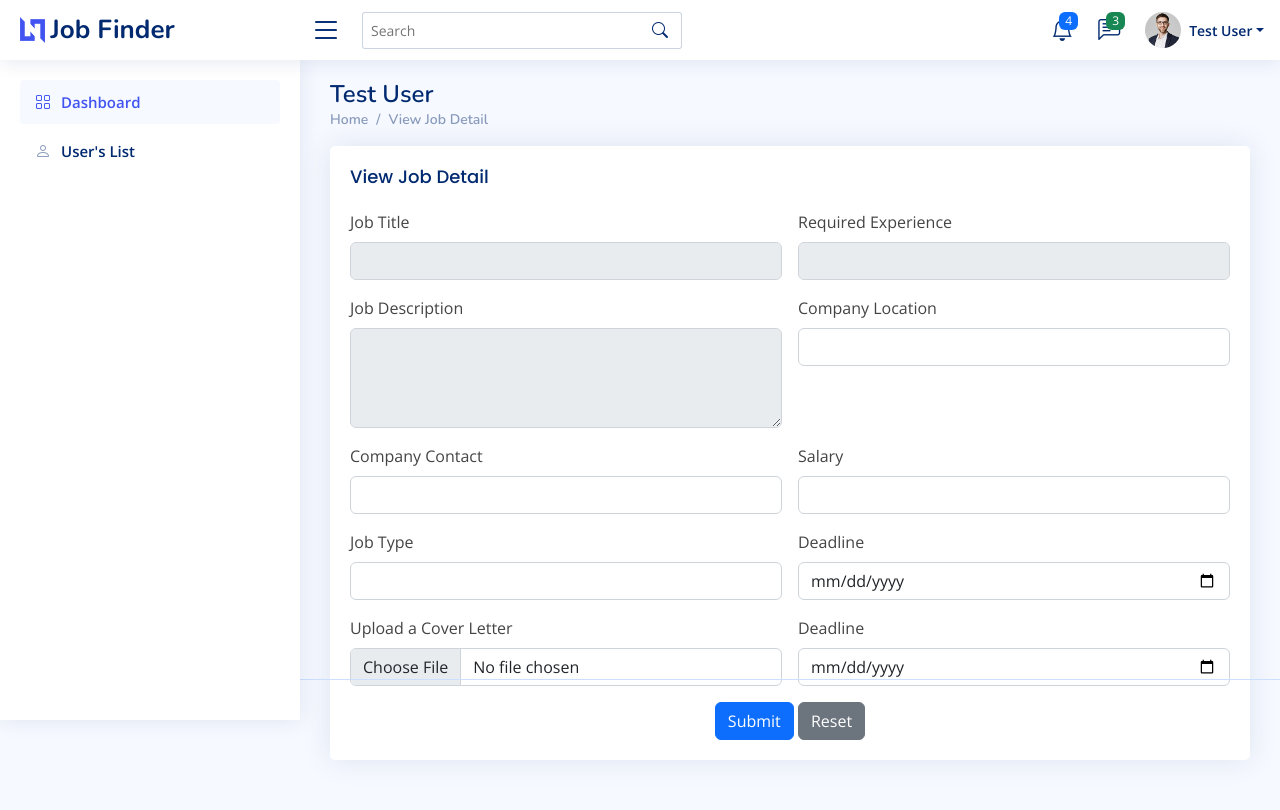
Repository: neha-rouniyar/jobfinder
Page: resources/views/user/viewJobDetail.blade.php
These files come from the project's save history. The page is drawn as it stood at one moment and after the next save; the edit follows.
The browser window is 1280 px wide. The pictures show the whole page.
The page is served by the project's Laravel application, run on PHP 8.4 with Laravel 10. A made-up administrator, Test User (test@example.com), is signed in. Other server files are loaded and not shown. The template is opened directly, without the code that normally fills it, so the values that code supplies are empty.

Above is the page before, as saved 2023-12-22 13:23:12.

### routes/web.php
<?php

use App\Http\Controllers\Admin\AdminController;
use App\Http\Controllers\JobController;
use App\Http\Controllers\ProfileController;
use App\Http\Controllers\RegisterController;
use Illuminate\Support\Facades\Route;

/*
|--------------------------------------------------------------------------
| Web Routes
|--------------------------------------------------------------------------
|
| Here is where you can register web routes for your application. These
| routes are loaded by the RouteServiceProvider and all of them will
| be assigned to the "web" middleware group. Make something great!
|
*/

Route::get('/', function () {
    return view('welcome');
});

Route::get('/login-form',[RegisterController::class,'loginForm'])->name('login.form');
Route::get('/register-form',[RegisterController::class,'registerForm'])->name('register.form');
Route::get('/employer-form',[RegisterController::class,'employerForm'])->name('employer.form');
Route::post('/user/register-form',[RegisterController::class,'userRegisterStore'])->name('user.register.submit');
Route::post('/employer/register-form',[RegisterController::class,'companyRegisterStore'])->name('company.register.submit');
Route::post('/login-submit',[RegisterController::class,'loginAuthenticate'])->name('login.submit');





Route::get('/verify-email/{token}',[RegisterController::class,'verifyEmail'])->name('verify.email');


//admin page
Route::get('/admin-dashboard',[AdminController::class,'index'])->name('admin.dashboard');
Route::get('/admin-logout',[AdminController::class,'logout'])->name('admin.logout');
Route::get('/admin/users-list',[AdminController::class,'userList'])->name('admin.users.list');

//company only
Route::get('/employer/my-profile',[ProfileController::class,'myProfile'])->name('company.profile');



//common routes
Route::get('/admin/new-job',[JobController::class,'newJob'])->name('admin.new.job');
Route::post('/admin/new-job-store',[JobController::class,'newJobStore'])->name('admin.newJob.store');
Route::get('/admin/view-jobs',[JobController::class,'viewJobs'])->name('admin.viewJobs');
Route::get('/admin/edit-job/{id}',[JobController::class,'jobEdit'])->name('admin.job.edit');
Route::post('/admin/update-job/{id}',[JobController::class,'jobUpdate'])->name('admin.job.update');





//user
Route::get('/user/view-jobs-list',[JobController::class,'userViewJobs'])->name('user.view.jobs');
Route::get('/user/my-profile',[ProfileController::class,'userProfile'])->name('user.myProfile');
Route::get('/user/view-job/{id}',[ProfileController::class,'viewJobDetail'])->name('view.jobDetail');

### app/Models/User.php
<?php

namespace App\Models;

// use Illuminate\Contracts\Auth\MustVerifyEmail;
use Illuminate\Database\Eloquent\Factories\HasFactory;
use Illuminate\Foundation\Auth\User as Authenticatable;
use Illuminate\Notifications\Notifiable;
use Laravel\Sanctum\HasApiTokens;

class User extends Authenticatable
{
    use HasApiTokens, HasFactory, Notifiable;

    /**
     * The attributes that are mass assignable.
     *
     * @var array<int, string>
     */
    protected $fillable = [
        'name',
        'email',
        'password',
    ];

    /**
     * The attributes that should be hidden for serialization.
     *
     * @var array<int, string>
     */
    protected $hidden = [
        'password',
        'remember_token',
    ];

    /**
     * The attributes that should be cast.
     *
     * @var array<string, string>
     */
    protected $casts = [
        'email_verified_at' => 'datetime',
        'password' => 'hashed',
    ];
    public function emailVerification()
    {
        return $this->hasOne(EmailVerification::class);
    }
    public function roles()
    {
        return $this->belongsToMany(User::class,'user_roles','user_id','role_id');
    }
    public function media()
{
    return $this->hasOne(Media::class, 'user_id');
}

}

### resources/views/user/viewJobDetail.blade.php
@extends('admin.index')
@section('content')
<main id="main" class="main">
        <div class="pagetitle">
          <h1>{{Auth::user()->name}}</h1>
          <nav>
            <ol class="breadcrumb">
              <li class="breadcrumb-item"><a href="">Home</a></li>
              <li class="breadcrumb-item">View Job Detail</li>
              {{-- <li class="breadcrumb-item active">Profile</li> --}}
            </ol>
          </nav>
        </div><!-- End Page Title -->

        <div class="col-lg-12">
            <div class="card">
                <div class="card-body">
                    <h5 class="card-title">View Job Detail</h5>
                    <!-- Horizontal Form - Single Row with Two Columns -->
                    <form action="" method="POST" class="row g-3">
                        @csrf
                        <div class="col-md-6">
                            <label for="inputNanme4" class="form-label">Job Title</label>
                            <input type="text" name="title" value="{{$jobDetailData->title}}" disabled class="form-control" id="inputNanme4">
                        </div>
                        <div class="col-md-6">
                            <label for="inputPassword4" class="form-label">Required Experience</label>
                            <input type="text" value="{{$jobDetailData->experience}}" disabled name="experience" class="form-control" id="inputPassword4">
                        </div>
                        <div class="col-md-6">
                            <label for="inputEmail4" class="form-label">Job Description</label>
                            <textarea class="form-control"  disabled name="desc" id="floatingTextarea" style="height: 100px;">{{$jobDetailData->desc}}</textarea>
                        </div>
                        <div class="col-md-6">
                            <label for="inputAddress" class="form-label">Company Location</label>
                            <input type="text" name="address" value="{{$jobDetailData->location}}" class="form-control" id="inputAddress">
                        </div>
                        <div class="col-md-6">
                            <label for="inputAddress" class="form-label">Company Contact</label>
                            <input type="number" name="contact" value="{{$jobDetailData->contact}}"  class="form-control" id="inputAddress">
                        </div>
                        <div class="col-md-6">
                            <label for="inputAddress" class="form-label">Salary</label>
                            <input type="text" name="salary" value="{{$jobDetailData->salary}}" class="form-control" id="inputAddress">
                        </div>
                        <div class="col-md-6">
                            <label for="inputAddress" class="form-label">Job Type</label>
                            <input type="text" name="jobType" value="{{$jobDetailData->job_type}}" class="form-control" id="inputAddress">
                        </div>
                        <div class="col-md-6">
                            <label for="inputAddress" class="form-label">Deadline</label>
                            <input type="date" name="deadline" value="{{$jobDetailData->deadline}}" class="form-control" id="inputAddress">
                        </div>
                        <div class="col-md-6">
                            <label for="inputAddress" class="form-label">Upload a Cover Letter</label>
                            <input type="file" name="deadline"  class="form-control" id="inputAddress">
                        </div>
                        <div class="col-md-6">
                            <label for="inputAddress" class="form-label">Deadline</label>
                            <input type="date" name="deadline" value="{{$jobDetailData->deadline}}" class="form-control" id="inputAddress">
                        </div>
                        <div class="col-md-12 text-center">
                            <button type="submit" class="btn btn-primary">Submit</button>
                            <button type="reset" class="btn btn-secondary">Reset</button>
                        </div>
                    </form><!-- Horizontal Form - Single Row with Two Columns -->

                </div>
            </div>
        </div>

      </main>



@endsection

### resources/views/admin/index.blade.php
<!DOCTYPE html>
<html lang="en">

<head>
  <meta charset="utf-8">
  <meta content="width=device-width, initial-scale=1.0" name="viewport">

  <title>Dashboard - NiceAdmin Bootstrap Template</title>
  <meta content="" name="description">
  <meta content="" name="keywords">

  <!-- Favicons -->
  <link href="assets/img/favicon.png" rel="icon">
  <link href="assets/img/apple-touch-icon.png" rel="apple-touch-icon">

  @include('admin.adminfiles.css')
</head>
<body>

  <!-- ======= Header ======== -->
@include('admin.adminfiles.navbar')


  <!-- ======= Sidebar ======= -->
  @include('admin.adminfiles.sidebar')

  @yield('content')
  <!-- End #main -->

  <!-- ======= Footer ======= -->
@include('admin.adminfiles.footer')
  <!-- End Footer -->

  <a href="#" class="back-to-top d-flex align-items-center justify-content-center"><i class="bi bi-arrow-up-short"></i></a>

  <!-- Vendor JS Files -->
@include('admin.adminfiles.js')

</body>

</html>

### resources/views/admin/adminfiles/css.blade.php
<link href="https://fonts.gstatic.com" rel="preconnect">
  <link href="https://fonts.googleapis.com/css?family=Open+Sans:300,300i,400,400i,600,600i,700,700i|Nunito:300,300i,400,400i,600,600i,700,700i|Poppins:300,300i,400,400i,500,500i,600,600i,700,700i" rel="stylesheet">

  <!-- Vendor CSS Files -->
  <link href="{{asset('adminasset/vendor/bootstrap/css/bootstrap.min.css')}}" rel="stylesheet">
  <link href="{{asset('adminasset/vendor/bootstrap-icons/bootstrap-icons.css')}}" rel="stylesheet">
  <link href="{{asset('adminasset/vendor/boxicons/css/boxicons.min.css')}}" rel="stylesheet">
  <link href="{{asset('adminasset/vendor/quill/quill.snow.css')}}" rel="stylesheet">
  <link href="{{asset('adminasset/vendor/quill/quill.bubble.css')}}" rel="stylesheet">
  <link href="{{asset('adminasset/vendor/remixicon/remixicon.css')}}" rel="stylesheet">
  <link href="{{asset('adminasset/vendor/simple-datatables/style.css')}}" rel="stylesheet">

  <!-- Template Main CSS File -->
  <link href="{{asset('adminasset/css/style.css')}}" rel="stylesheet">

### resources/views/admin/adminfiles/navbar.blade.php

<header id="header" class="header fixed-top d-flex align-items-center">

    <div class="d-flex align-items-center justify-content-between">
      <a href="index.html" class="logo d-flex align-items-center">
        <img src="{{asset('adminasset/img/logo.png')}}" alt="">
        <span class="d-none d-lg-block">Job Finder</span>
      </a>
      <i class="bi bi-list toggle-sidebar-btn"></i>
    </div><!-- End Logo -->

    <div class="search-bar">
      <form class="search-form d-flex align-items-center" method="POST" action="#">
        <input type="text" name="query" placeholder="Search" title="Enter search keyword">
        <button type="submit" title="Search"><i class="bi bi-search"></i></button>
      </form>
    </div><!-- End Search Bar -->

    <nav class="header-nav ms-auto">
      <ul class="d-flex align-items-center">

        <li class="nav-item d-block d-lg-none">
          <a class="nav-link nav-icon search-bar-toggle " href="#">
            <i class="bi bi-search"></i>
          </a>
        </li><!-- End Search Icon-->

        <li class="nav-item dropdown">

          <a class="nav-link nav-icon" href="#" data-bs-toggle="dropdown">
            <i class="bi bi-bell"></i>
            <span class="badge bg-primary badge-number">4</span>
          </a><!-- End Notification Icon -->

          <ul class="dropdown-menu dropdown-menu-end dropdown-menu-arrow notifications">
            <li class="dropdown-header">
              You have 4 new notifications
              <a href="#"><span class="badge rounded-pill bg-primary p-2 ms-2">View all</span></a>
            </li>
            <li>
              <hr class="dropdown-divider">
            </li>

            <li class="notification-item">
              <i class="bi bi-exclamation-circle text-warning"></i>
              <div>
                <h4>Lorem Ipsum</h4>
                <p>Quae dolorem earum veritatis oditseno</p>
                <p>30 min. ago</p>
              </div>
            </li>

            <li>
              <hr class="dropdown-divider">
            </li>

            <li class="notification-item">
              <i class="bi bi-x-circle text-danger"></i>
              <div>
                <h4>Atque rerum nesciunt</h4>
                <p>Quae dolorem earum veritatis oditseno</p>
                <p>1 hr. ago</p>
              </div>
            </li>

            <li>
              <hr class="dropdown-divider">
            </li>

            <li class="notification-item">
              <i class="bi bi-check-circle text-success"></i>
              <div>
                <h4>Sit rerum fuga</h4>
                <p>Quae dolorem earum veritatis oditseno</p>
                <p>2 hrs. ago</p>
              </div>
            </li>

            <li>
              <hr class="dropdown-divider">
            </li>

            <li class="notification-item">
              <i class="bi bi-info-circle text-primary"></i>
              <div>
                <h4>Dicta reprehenderit</h4>
                <p>Quae dolorem earum veritatis oditseno</p>
                <p>4 hrs. ago</p>
              </div>
            </li>

            <li>
              <hr class="dropdown-divider">
            </li>
            <li class="dropdown-footer">
              <a href="#">Show all notifications</a>
            </li>

          </ul><!-- End Notification Dropdown Items -->

        </li><!-- End Notification Nav -->

        <li class="nav-item dropdown">

          <a class="nav-link nav-icon" href="#" data-bs-toggle="dropdown">
            <i class="bi bi-chat-left-text"></i>
            <span class="badge bg-success badge-number">3</span>
          </a><!-- End Messages Icon -->

          <ul class="dropdown-menu dropdown-menu-end dropdown-menu-arrow messages">
            <li class="dropdown-header">
              You have 3 new messages
              <a href="#"><span class="badge rounded-pill bg-primary p-2 ms-2">View all</span></a>
            </li>
            <li>
              <hr class="dropdown-divider">
            </li>

            <li class="message-item">
              <a href="#">
                <img src="assets/img/messages-1.jpg" alt="" class="rounded-circle">
                <div>
                  <h4>Maria Hudson</h4>
                  <p>Velit asperiores et ducimus soluta repudiandae labore officia est ut...</p>
                  <p>4 hrs. ago</p>
                </div>
              </a>
            </li>
            <li>
              <hr class="dropdown-divider">
            </li>

            <li class="message-item">
              <a href="#">
                <img src="assets/img/messages-2.jpg" alt="" class="rounded-circle">
                <div>
                  <h4>Anna Nelson</h4>
                  <p>Velit asperiores et ducimus soluta repudiandae labore officia est ut...</p>
                  <p>6 hrs. ago</p>
                </div>
              </a>
            </li>
            <li>
              <hr class="dropdown-divider">
            </li>

            <li class="message-item">
              <a href="#">
                <img src="assets/img/messages-3.jpg" alt="" class="rounded-circle">
                <div>
                  <h4>David Muldon</h4>
                  <p>Velit asperiores et ducimus soluta repudiandae labore officia est ut...</p>
                  <p>8 hrs. ago</p>
                </div>
              </a>
            </li>
            <li>
              <hr class="dropdown-divider">
            </li>

            <li class="dropdown-footer">
              <a href="#">Show all messages</a>
            </li>

          </ul><!-- End Messages Dropdown Items -->

        </li><!-- End Messages Nav -->

        <li class="nav-item dropdown pe-3">

          <a class="nav-link nav-profile d-flex align-items-center pe-0" href="#" data-bs-toggle="dropdown">
            <img src="{{asset('adminasset/img/profile-img.jpg')}}" alt="Profile" class="rounded-circle">
            <span class="d-none d-md-block dropdown-toggle ps-2">{{Auth::user()->name}}</span>
          </a><!-- End Profile Iamge Icon -->

          <ul class="dropdown-menu dropdown-menu-end dropdown-menu-arrow profile">
            <li class="dropdown-header">
              <h6></h6>
              <span>Web Designer</span>
            </li>
            <li>
              <hr class="dropdown-divider">
            </li>

            <li>
              <a class="dropdown-item d-flex align-items-center" href="users-profile.html">
                <i class="bi bi-person"></i>
                <span>My Profile</span>
              </a>
            </li>
            <li>
              <hr class="dropdown-divider">
            </li>

            <li>
              <a class="dropdown-item d-flex align-items-center" href="users-profile.html">
                <i class="bi bi-gear"></i>
                <span>Account Settings</span>
              </a>
            </li>
            <li>
              <hr class="dropdown-divider">
            </li>

            <li>
              <a class="dropdown-item d-flex align-items-center" href="pages-faq.html">
                <i class="bi bi-question-circle"></i>
                <span>Need Help?</span>
              </a>
            </li>
            <li>
              <hr class="dropdown-divider">
            </li>

            <li>
              <a class="dropdown-item d-flex align-items-center" href="{{route('admin.logout')}}">
                <i class="bi bi-box-arrow-right"></i>
                <span>Sign Out</span>
              </a>
            </li>

          </ul><!-- End Profile Dropdown Items -->
        </li><!-- End Profile Nav -->

      </ul>
    </nav><!-- End Icons Navigation -->

  </header>

### resources/views/admin/adminfiles/sidebar.blade.php
<aside id="sidebar" class="sidebar">

    <ul class="sidebar-nav" id="sidebar-nav">

      <li class="nav-item">
        <a class="nav-link " href="">
          <i class="bi bi-grid"></i>
          <span>Dashboard</span>
        </a>
      </li>
      @if (Auth::check() && Auth::user()->usertype == 'admin')
        <li class="nav-item">
          <a class="nav-link collapsed" href="{{route('admin.users.list')}}">
              <i class="bi bi-person"></i>
              <span>User's List</span>
          </a>
        </li>
     @endif
  @if (Auth::check() && Auth::user()->usertype == 'employer')
      <li class="nav-item">
        <a class="nav-link collapsed" href="{{route('company.profile')}}">
            <i class="bi bi-person"></i>
            <span>Company Profile</span>
        </a>
      </li>
      <li class="nav-item">
        <a class="nav-link collapsed" data-bs-target="#components-nav-job" data-bs-toggle="collapse" href="#">
          <i class="bi bi-menu-button-wide"></i><span>Jobs</span><i class="bi bi-chevron-down ms-auto"></i>
        </a>
        <ul id="components-nav-job" class="nav-content collapse " data-bs-parent="#sidebar-nav">
          <li>
            <a href="{{route('admin.new.job')}}">
              <i class="bi bi-circle"></i><span>Post new Job</span>
            </a>
          </li>
          <li>
            <a href="{{route('admin.viewJobs')}}">
              <i class="bi bi-circle"></i><span>View Jobs</span>
            </a>
          </li>
        </ul>
      </li>
      <li class="nav-item">
        <a class="nav-link collapsed" data-bs-target="#components-nav" data-bs-toggle="collapse" href="#">
          <i class="bi bi-menu-button-wide"></i><span>Applicants</span><i class="bi bi-chevron-down ms-auto"></i>
        </a>
        <ul id="components-nav" class="nav-content collapse " data-bs-parent="#sidebar-nav">
          <li>
            <a href="components-alerts.html">
              <i class="bi bi-circle"></i><span>View Applicants</span>
            </a>
          </li>
          <li>
            <a href="components-accordion.html">
              <i class="bi bi-circle"></i><span>hgdiu</span>
            </a>
          </li>
        </ul>
      </li>
  @endif
  @if (Auth::check() && Auth::user()->usertype == 'regular')
      <li class="nav-item">
        <a class="nav-link collapsed" href="{{route('user.myProfile')}}">
            <i class="bi bi-person"></i>
            <span>My Profile</span>
        </a>
      </li>
      <li class="nav-item">
        <a class="nav-link collapsed" href="{{route('user.view.jobs')}}">
            <i class="bi bi-person"></i>
            <span>View Jobs</span>
        </a>
      </li>
      <li class="nav-item">
        <a class="nav-link collapsed" href="">
            <i class="bi bi-person"></i>
            <span>Applied Jobs</span>
        </a>
      </li>
      <li class="nav-item">
        <a class="nav-link collapsed" href="">
            <i class="bi bi-person"></i>
            <span>Feedbacks</span>
        </a>
      </li>
  @endif



    </ul>

  </aside>

### resources/views/admin/adminfiles/footer.blade.php

<footer id="footer" class="footer">
    {{-- <div class="copyright">
      &copy; Copyright <strong><span>NiceAdmin</span></strong>. All Rights Reserved
    </div>
    <div class="credits">
      <!-- All the links in the footer should remain intact. -->
      <!-- You can delete the links only if you purchased the pro version. -->
      <!-- Licensing information: https://bootstrapmade.com/license/ -->
      <!-- Purchase the pro version with working PHP/AJAX contact form: https://bootstrapmade.com/nice-admin-bootstrap-admin-html-template/ -->
      Designed by <a href="https://bootstrapmade.com/">BootstrapMade</a>
    </div> --}}
  </footer>

### resources/views/admin/adminfiles/js.blade.php
<script src="https://khalti.com/static/khalti-checkout.js"></script>
{{-- <script src="{{asset('adminasset/js/jquery.js')}}"></script> --}}
<script src="{{asset('adminasset/vendor/apexcharts/apexcharts.min.js')}}"></script>
<script src="{{asset('adminasset/vendor/bootstrap/js/bootstrap.bundle.min.js')}}"></script>
<script src="{{asset('adminasset/vendor/chart.js/chart.umd.js')}}"></script>
<script src="{{asset('adminasset/vendor/echarts/echarts.min.js')}}"></script>
<script src="{{asset('adminasset/vendor/quill/quill.min.js')}}"></script>
<script src="{{asset('adminasset/vendor/simple-datatables/simple-datatables.js')}}"></script>
<script src="{{asset('adminasset/vendor/tinymce/tinymce.min.js')}}"></script>
<script src="{{asset('adminasset/vendor/php-email-form/validate.js')}}"></script>

<!-- Template Main JS File -->
<script src="{{asset('adminasset/js/main.js')}}"></script>

Loaded but not shown: public/adminasset/js/main.js (321 lines, source omitted); public/adminasset/css/style.css (1236 lines, source omitted)

After the next save:
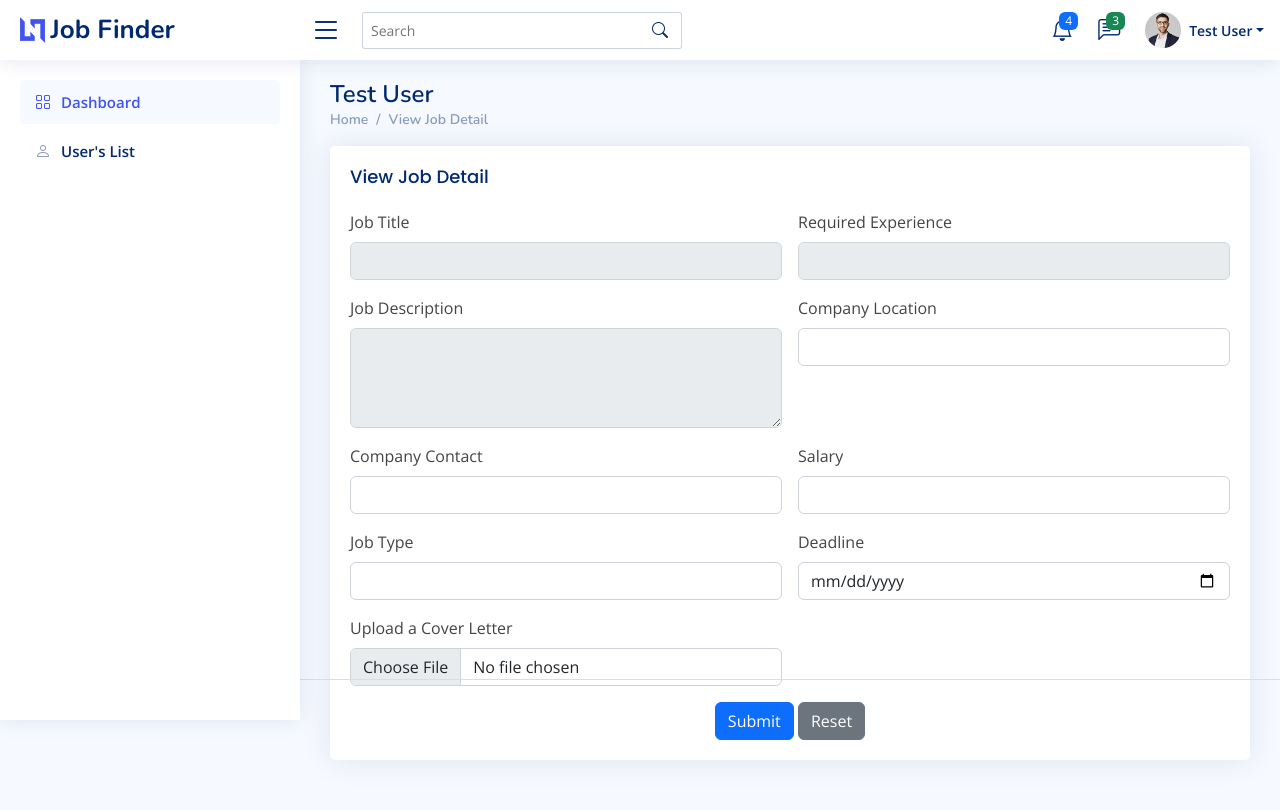
Saved 32 s later.
--- a/resources/views/user/viewJobDetail.blade.php
+++ b/resources/views/user/viewJobDetail.blade.php
@@ -55,10 +55,6 @@
                             <label for="inputAddress" class="form-label">Upload a Cover Letter</label>
                             <input type="file" name="deadline"  class="form-control" id="inputAddress">
                         </div>
-                        <div class="col-md-6">
-                            <label for="inputAddress" class="form-label">Deadline</label>
-                            <input type="date" name="deadline" value="{{$jobDetailData->deadline}}" class="form-control" id="inputAddress">
-                        </div>
                         <div class="col-md-12 text-center">
                             <button type="submit" class="btn btn-primary">Submit</button>
                             <button type="reset" class="btn btn-secondary">Reset</button>
